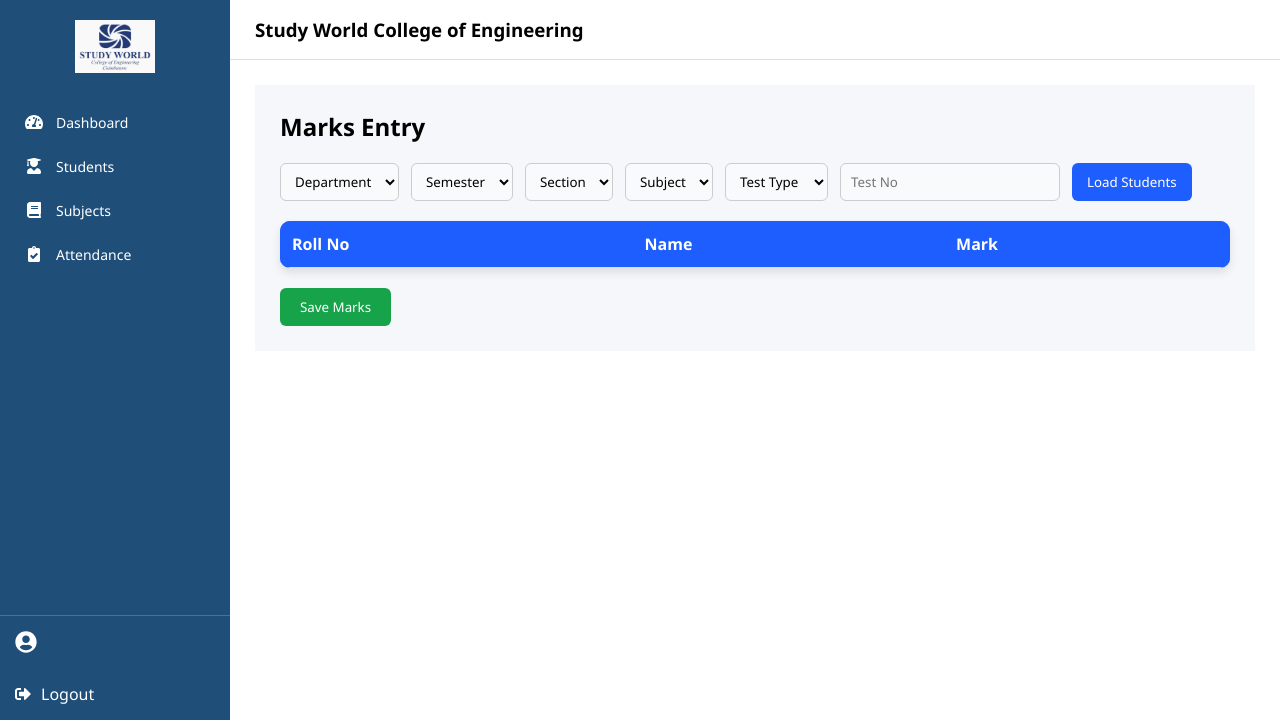
Repository: arthanarieswara/frontend
Page: /marks
These files come from the project's save history. The page is drawn as it stood at one moment and after the next save; the edit follows.
The browser window is 1280 px wide. The pictures show the whole page.
The page's requests for data from a server got no answer. The project was rebuilt for these pictures with package versions that can differ from the ones it lists, and the page was loaded fresh each time. No one was signed in, and anything a server would have sent is missing. Also part of the build but not shown: vite.config.js, src/pages/auth/Login.jsx, src/pages/dashboard/Dashboard.jsx, src/pages/departments/Departments.jsx, src/pages/students/Students.css, src/pages/students/Students.jsx, src/pages/faculty/Faculty.css, src/pages/faculty/Faculty.jsx and 8 more.

Above is the page before, as saved 2026-04-09 10:48:00.

After the next save:
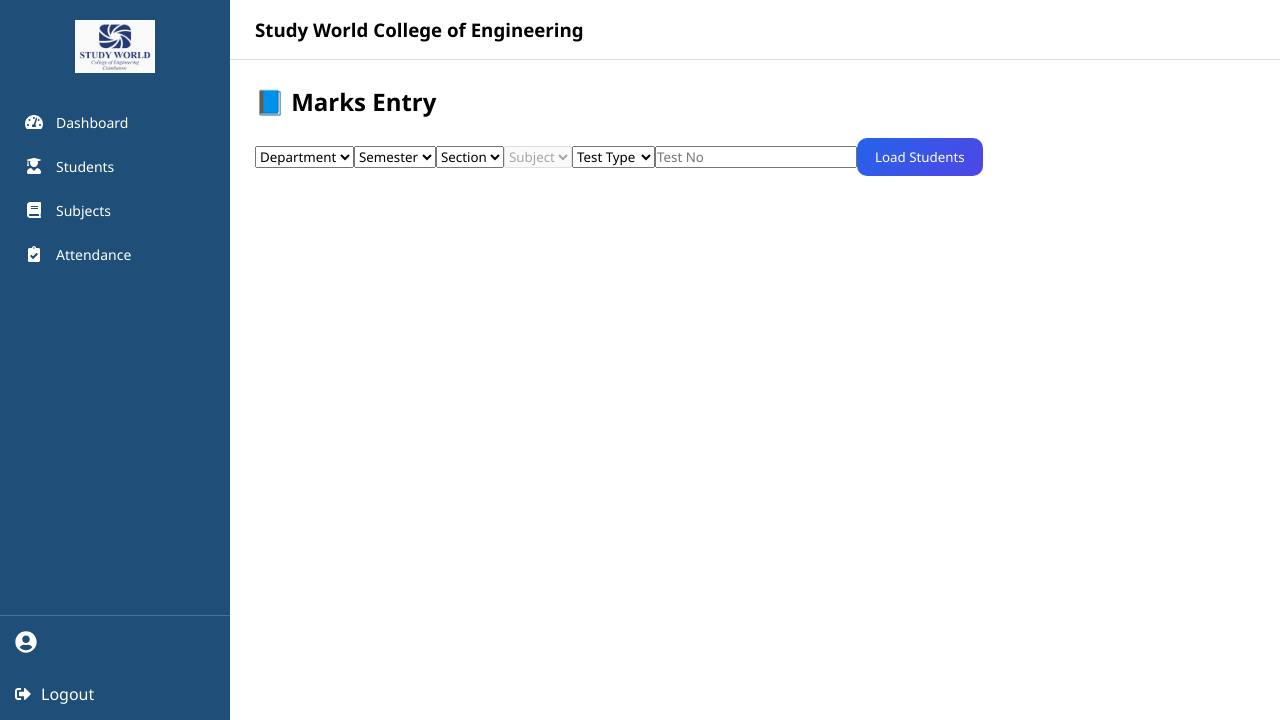
Saved 27 min 48 s later.
--- a/src/pages/marks/Marks.jsx
+++ b/src/pages/marks/Marks.jsx
@@ -9,7 +9,7 @@ function Marks() {
   const [subject, setSubject] = useState("");
   const [department, setDepartment] = useState("");
 
-  const [departments, setDepartments] = useState([]); // 🔥 NEW
+  const [departments, setDepartments] = useState([]);
   const [subjects, setSubjects] = useState([]);
   const [students, setStudents] = useState([]);
 
@@ -28,10 +28,16 @@ function Marks() {
     setDepartments(res.data);
   };
 
-  /* ================= LOAD SUBJECTS ================= */
+  /* ================= AUTO LOAD SUBJECTS ================= */
+  useEffect(() => {
+    if (semester && department) {
+      fetchSubjects(semester, department);
+    } else {
+      setSubjects([]);
+    }
+  }, [semester, department]);
+
   const fetchSubjects = async (sem, dept) => {
-    if (!sem || !dept) return;
-
     const res = await api.get(
       `/subjects/by-semester?semester=${sem}&department_id=${dept}`
     );
@@ -81,7 +87,7 @@ function Marks() {
       subject_id: subject,
       semester,
       section,
-      department_id: department, // ✅ sending department_id
+      department_id: department,
       test_type: testType,
       test_no: testNo,
       mark: marks[s.id] || 0,
@@ -94,34 +100,21 @@ function Marks() {
 
   return (
     <Layout>
-      <div className="marks-page">
-        <h2>Marks Entry</h2>
-
-        <div className="filters">
-
-          {/* 🔥 DYNAMIC DEPARTMENT */}
-          <select
-            value={department}
-            onChange={(e) => {
-              setDepartment(e.target.value);
-              fetchSubjects(semester, e.target.value);
-            }}
-          >
+      <div className="marks-container">
+
+        <h2 className="page-title">📘 Marks Entry</h2>
+
+        {/* FILTER CARD */}
+        <div className="filter-card">
+
+          <select value={department} onChange={(e) => setDepartment(e.target.value)}>
             <option value="">Department</option>
             {departments.map((d) => (
-              <option key={d.id} value={d.id}>
-                {d.name}
-              </option>
+              <option key={d.id} value={d.id}>{d.name}</option>
             ))}
           </select>
 
-          <select
-            value={semester}
-            onChange={(e) => {
-              setSemester(e.target.value);
-              fetchSubjects(e.target.value, department);
-            }}
-          >
+          <select value={semester} onChange={(e) => setSemester(e.target.value)}>
             <option value="">Semester</option>
             {[1,2,3,4,5,6,7,8].map((s) => (
               <option key={s} value={s}>Sem {s}</option>
@@ -135,12 +128,14 @@ function Marks() {
             <option value="None">None</option>
           </select>
 
-          <select value={subject} onChange={(e) => setSubject(e.target.value)}>
+          <select
+            value={subject}
+            onChange={(e) => setSubject(e.target.value)}
+            disabled={!semester || !department}
+          >
             <option value="">Subject</option>
             {subjects.map((s) => (
-              <option key={s.id} value={s.id}>
-                {s.name}
-              </option>
+              <option key={s.id} value={s.id}>{s.name}</option>
             ))}
           </select>
 
@@ -158,40 +153,52 @@ function Marks() {
             onChange={(e) => setTestNo(e.target.value)}
           />
 
-          <button onClick={fetchStudents}>Load Students</button>
+          <button className="primary-btn" onClick={fetchStudents}>
+            Load Students
+          </button>
+
         </div>
 
         {/* TABLE */}
-        <table className="marks-table">
-          <thead>
-            <tr>
-              <th>Roll No</th>
-              <th>Name</th>
-              <th>Mark</th>
-            </tr>
-          </thead>
-
-          <tbody>
-            {students.map((s) => (
-              <tr key={s.id}>
-                <td>{s.roll_number}</td>
-                <td>{s.name}</td>
-                <td>
-                  <input
-                    value={marks[s.id] || ""}
-                    onChange={(e) =>
-                      handleChange(s.id, e.target.value)
-                    }
-                  />
-                </td>
-              </tr>
-            ))}
-          </tbody>
-        </table>
-
-        <button className="save-btn" onClick={saveMarks}>
-          Save Marks
-        </button>
+        {students.length > 0 && (
+          <div className="table-card">
+
+            <table className="marks-table">
+              <thead>
+                <tr>
+                  <th>Roll No</th>
+                  <th>Name</th>
+                  <th>Mark</th>
+                </tr>
+              </thead>
+
+              <tbody>
+                {students.map((s) => (
+                  <tr key={s.id}>
+                    <td>{s.roll_number}</td>
+                    <td>{s.name}</td>
+                    <td>
+                      <input
+                        className="mark-input"
+                        value={marks[s.id] || ""}
+                        placeholder="Enter / AB"
+                        onChange={(e) =>
+                          handleChange(s.id, e.target.value)
+                        }
+                      />
+                    </td>
+                  </tr>
+                ))}
+              </tbody>
+            </table>
+
+            <button className="save-btn" onClick={saveMarks}>
+              💾 Save Marks
+            </button>
+
+          </div>
+        )}
+
       </div>
     </Layout>
   );
